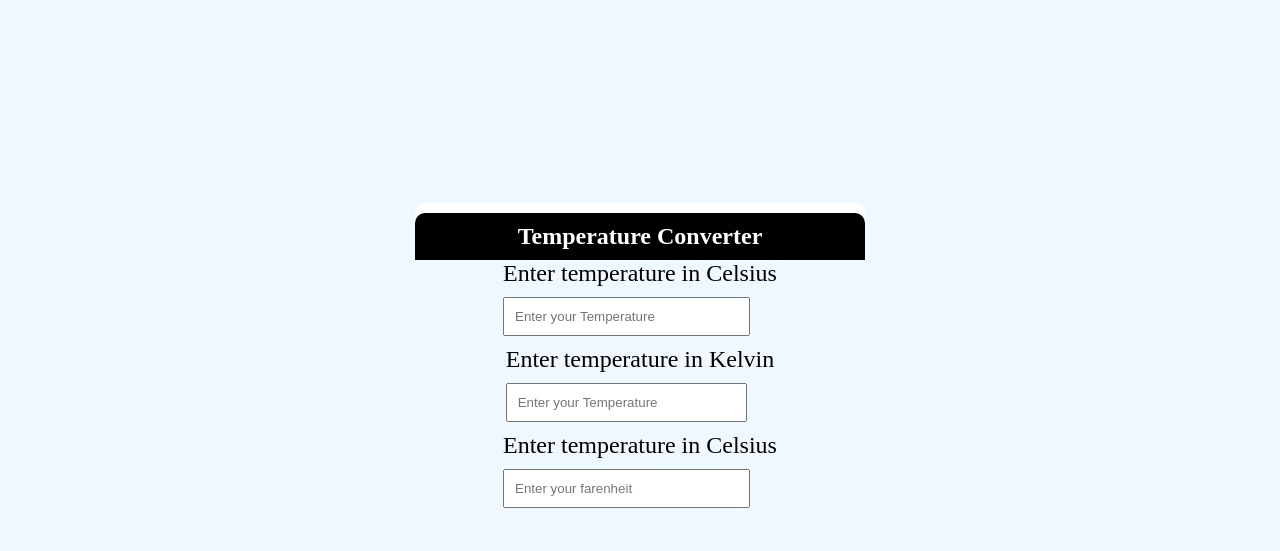
Repository: JunaidAnsari202/Temperature-Converter
Page: index.html
These files come from the project's save history. The page is drawn as it stood at one moment and after a run of saves; the edit follows.
The browser window is 1280 px wide. The pictures show the whole page.

Above is the page before, as saved 2024-10-16 13:37:26.
Not found: script,js

After the next 2 saves:
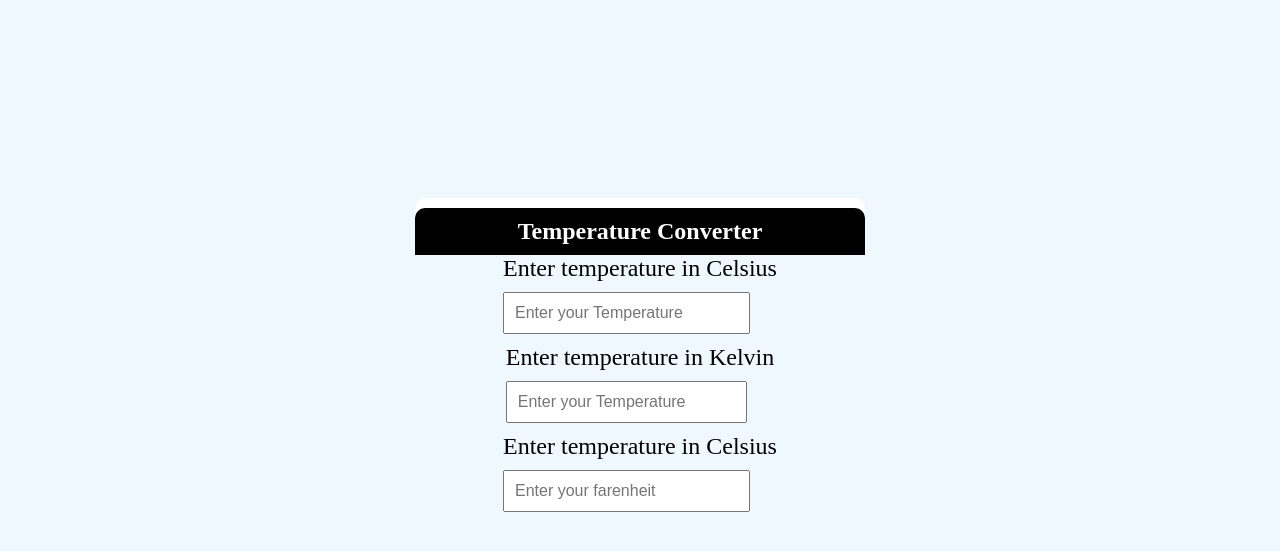
The 2 saves are shown as one change because they came seconds apart.
The last was saved 6 s later.
--- a/style.css
+++ b/style.css
@@ -42,6 +42,6 @@ input{
     width: 90%;
     padding: 10px;
     margin-bottom: 10px;
-    font-size: ;
+    font-size: 1rem;
 
 }
